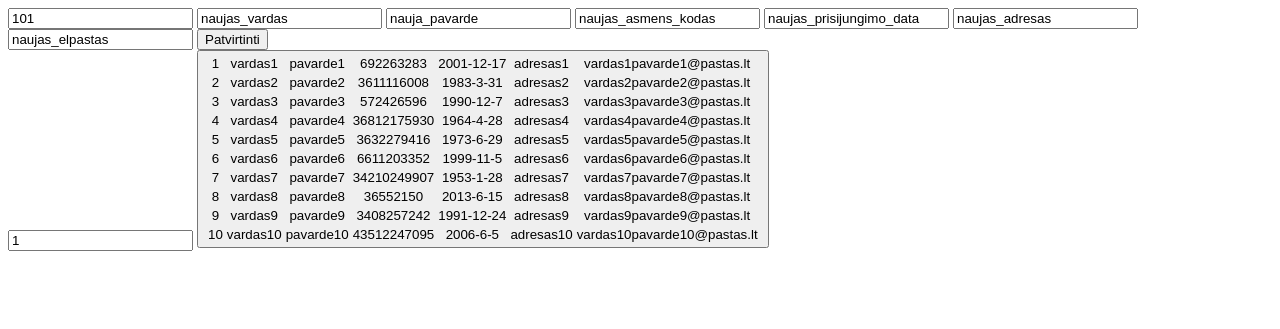
Repository: motiejus1/09-paskaita-PHP-05.31
Page: http://localhost/
These files come from the project's save history. The page is drawn as it stood at one moment and after a run of saves; the edit follows.
The browser window is 1280 px wide. The pictures show the whole page.
The page is run by PHP 8.4 with error messages shown; the project is at /var/www/html/.

Above is the page before, as saved 2021-08-04 20:17:09.

### index.php
<!DOCTYPE html>
<html lang="en">
<head>
    <meta charset="UTF-8">
    <meta http-equiv="X-UA-Compatible" content="IE=edge">
    <meta name="viewport" content="width=device-width, initial-scale=1.0">
    <title>09-paskaita</title>
</head>
<body>
    <form action="index.php" method="get">
        <input type="text" value="101" name="id"/>
        <input type="text" value="naujas_vardas" name="vardas"/>
        <input type="text" value="nauja_pavarde" name="pavarde"/>
        <input type="text" value="naujas_asmens_kodas" name="asmens_kodas"/>
        <input type="text" value="naujas_prisijungimo_data" name="prisijungimo_data"/>
        <input type="text" value="naujas_adresas" name="adresas"/>
        <input type="text" value="naujas_elpastas" name="elpastas"/>

        <button type="submit" name="patvirtinti">Patvirtinti</button>

    </form>

    <form>
        <input type="text" value="1" name="t_id"/>
        <button type=
    </form>

<?php
// Susikurti asociatyvų masyvą "Klientai".
// Kintamieji:
// vardas
// pavarde
// asmens kodas
// prisijungimo data
// adresas
// elpastas.

// Masyve turi būti 200 klientų. Duomenis užpildyti savo nuožiūrą.
// Visą "Klientai" objektų masyvą atvaizduoti lentelėje <table>.
// Visas klientų masyvas saugomas COOKIE.


// Papildomai: Sukurti galimybę pridėti klientą į masyvą bei ištrinti.


if (isset($_GET["patvirtinti"])) {
    $id = $_GET["id"];
    $vardas = $_GET["vardas"];
    $pavarde = $_GET["pavarde"];
    $asmens_kodas = $_GET["asmens_kodas"];
    $prisijungimo_data = $_GET["prisijungimo_data"];
    $adresas = $_GET["adresas"];
    $elpastas = $_GET["elpastas"];

    //sudeti informacija i sausainiuka


    $klientai_tekstas = $_COOKIE["klientai"] . "|$id,$vardas,$pavarde,$asmens_kodas,$prisijungimo_data,$adresas,$elpastas";
    // echo $klientai_tekstas;
    setcookie("klientai", $klientai_tekstas, time() + 3600, "/");
    //imituoti persikrovima
    header("Location: index.php");
}

if(!isset($_COOKIE["klientai"])) {
    $klientai = array();

    for($i=0; $i< 10; $i++){
        //klientai masyva sitas ciklas turi pildyti visa lentyna
        //turi prideti nauja masyva i klientai masyva
        $klientas = array(
            "id" => $i+1,
            "vardas" => "vardas".($i+1),
            "pavarde" => "pavarde".($i+1),
            "asmens_kodas" => rand(3,6).rand(0,99).rand(1,12).rand(1,31).rand(0,9999), //38512300000

            //atsitiktiniu budu sugeneruota data
            "prisijungimo_data" => rand(1950, 2021)."-".rand(1,12)."-".rand(1,31),
            "adresas" => "adresas".($i+1),
            "elpastas" => "vardas".($i+1)."pavarde".($i+1)."@pastas.lt"
        );

        //kaip dabar papildyti masyva $klientai?
        array_push($klientai, $klientas);
    }
} else {
    $klientai = $_COOKIE["klientai"];//tekstas

    $klientai = explode("|", $klientai);

    for($i = 0; $i < count($klientai) ; $i++) {
        $klientai[$i] = explode(",", $klientai[$i]);
    }

}


echo "<table>";
//Dvimatis masyvas yra lentele;
//Ka daryti toliau? Ciklas

//$klientai - dvimatis masyvas
//$eilute - vienmatis asociatyvus masyvas
//$stulpelis - masyvo elementas/arba kazkoks kintamasis
foreach ($klientai as $eilute) {
//Isvedineja lentyneles - eilute 200 eiluciu
    echo "<tr>";
    //isvesti stulpelius?
    foreach($eilute as $stulpelis) { // 7 stulpeliai
        echo "<td>";
        echo $stulpelis;
        echo "</td>";
    }

    echo "</tr>";
}

echo "</table>";

// var_dump($klientai);

// kiekviena karta refreshinus/perkraunant puslapi, musu kintamieji isivalo,
//igauna savo pradines reiksmes

//mes sukuriame forma
//ivedame duomenis
//spaudziame mygtuka patvirtinti, musu puslapis persikrauna
//paimami duomenys is formos ir array_push mes viska sukeliame į klientai masyva

//COOkies

//kai kuriamas musu klientai masyvas, jis yra isaugomas i sausainiuka
//kai musu masyvas jau yra sausainiukyje, mes ji galime atvaizduoti is sausainiuko
//mes turime isaugoje reiksmes, vadinasi,
// mes prie sausainiuko reiksmes galime prideti kazka naujo

// cookie mes galim saugoti tik teksta

// setcookie("klientai", $klientai, time() + 3600, "/");

// $klientai_tekstas = implode("|", $klientai);

// echo $klientai_tekstas;

//klientai dvimati masyva pasiversime i teksta

for($i = 0; $i < count($klientai) ; $i++) {
    $klientai[$i] = implode(",", $klientai[$i]);
}

// var_dump($klientai);

$klientai_tekstas = implode("|",$klientai);

// echo $klientai_tekstas;
//Reikalingas tik tam kad nustatytu musu pradines sugeneruotas reiksmes
//Sits sausainiukas turi buti paleidziamas tik viena vieninteli karta
if(!isset($_COOKIE["klientai"])) {
    setcookie("klientai", $klientai_tekstas, time() + 3600, "/");
}
?>


</body>
</html>

After the next 7 saves:
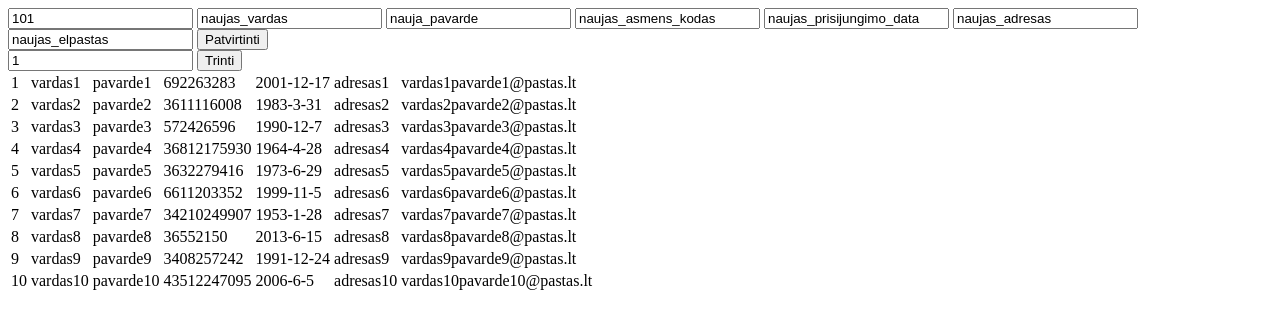
The 7 saves are shown as one change because they came seconds apart.
The last was saved 19 s later.
--- a/index.php
+++ b/index.php
@@ -22,7 +22,7 @@
 
     <form>
         <input type="text" value="1" name="t_id"/>
-        <button type=
+        <button type="submit" name="patvirtinti">Trinti</button>
     </form>
 
 <?php
